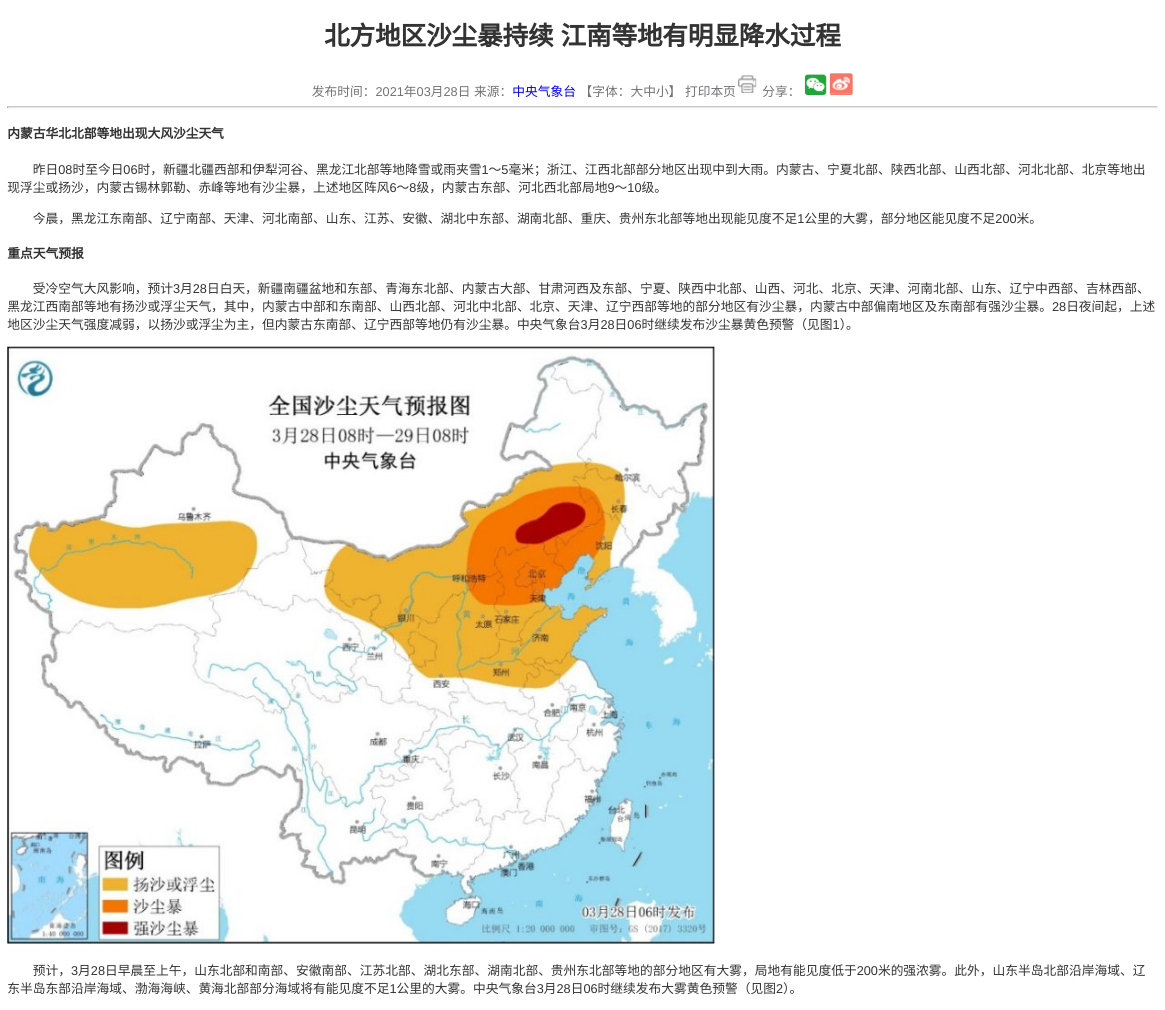
Repository: zhengdeya/web-based
Page: 16-新闻页面/index.html
The author's editor kept a copy of each file at every save. The page is drawn from the files as they stood at one save, then again after the next save.
The browser window is 1280 px wide. The pictures show the whole page, at 91% of full size.

Above is the page before, as saved 2021-03-28 16:27:58.

### 16-新闻页面/index.html
<!DOCTYPE html>
<html lang="zh-CN">
<head>
    <meta charset="UTF-8">
    <meta http-equiv="X-UA-Compatible" content="IE=edge">
    <meta name="viewport" content="width=device-width, initial-scale=1.0">
    <title>天气新闻</title>
    <link rel="stylesheet" href="style.css">
</head>
<body>
    <h1>北方地区沙尘暴持续 江南等地有明显降水过程</h1>
    <div class="zhushi">
        发布时间：2021年03月28日
        来源：<a target="_blank" href="http://www.cma.gov.cn/2011xwzx/2011xqxxw/2011xzytq/202103/t20210328_574327.html">中央气象台</a>
        【字体：大中小】
        打印本页<img class="smallimg" src="imgs/2021-03-28_155244.png" alt="">
        分享：
        <img class="smallimg" src="imgs/2021-03-28_155416.png" alt="">
        <img class="smallimg" src="imgs/2021-03-28_155359.png" alt="">
    </div>
    <!-- 水平线 -->
    <hr>
    <div>
        <h4>内蒙古华北北部等地出现大风沙尘天气</h4>
        <p>昨日08时至今日06时，新疆北疆西部和伊犁河谷、黑龙江北部等地降雪或雨夹雪1～5毫米；浙江、江西北部部分地区出现中到大雨。内蒙古、宁夏北部、陕西北部、山西北部、河北北部、北京等地出现浮尘或扬沙，内蒙古锡林郭勒、赤峰等地有沙尘暴，上述地区阵风6～8级，内蒙古东部、河北西北部局地9～10级。</p>
        <p>今晨，黑龙江东南部、辽宁南部、天津、河北南部、山东、江苏、安徽、湖北中东部、湖南北部、重庆、贵州东北部等地出现能见度不足1公里的大雾，部分地区能见度不足200米。</p>
    </div>
    <div>
        <h4>重点天气预报</h4>
        <p>受冷空气大风影响，预计3月28日白天，新疆南疆盆地和东部、青海东北部、内蒙古大部、甘肃河西及东部、宁夏、陕西中北部、山西、河北、北京、天津、河南北部、山东、辽宁中西部、吉林西部、黑龙江西南部等地有扬沙或浮尘天气，其中，内蒙古中部和东南部、山西北部、河北中北部、北京、天津、辽宁西部等地的部分地区有沙尘暴，内蒙古中部偏南地区及东南部有强沙尘暴。28日夜间起，上述地区沙尘天气强度减弱，以扬沙或浮尘为主，但内蒙古东南部、辽宁西部等地仍有沙尘暴。中央气象台3月28日06时继续发布沙尘暴黄色预警（见图1）。</p>
        <div class="imgbox">
            <img src="imgs/W020210328272042038223.jpg" alt="">
        </div>
        <p>预计，3月28日早晨至上午，山东北部和南部、安徽南部、江苏北部、湖北东部、湖南北部、贵州东北部等地的部分地区有大雾，局地有能见度低于200米的强浓雾。此外，山东半岛北部沿岸海域、辽东半岛东部沿岸海域、渤海海峡、黄海北部部分海域将有能见度不足1公里的大雾。中央气象台3月28日06时继续发布大雾黄色预警（见图2）。</p>
    </div>
</body>
</html>

### 16-新闻页面/style.css
body {
    /* 设置字体 */
    font-family: "Microsoft YaHei",微软雅黑,"MicrosoftJhengHei","Helvetica Neue",Helvetica,Arial,sans-serif;
    font-size: 14px;
    line-height: 1.42857143;
    color: #333;
    background-color: #fff;
}
h1 {
    /* 居中 */
    text-align: center;
    font-size: 2em;
    line-height: 150%;
    /* 加粗 */
    font-weight: bold;

}
.zhushi {
    color: #737377;
    text-align: center;
}

a {
    /* 取消下划线 */
    text-decoration: none;
}
.smallimg {
    width: 25px;
    height: 25px;
}
p {
    text-indent: 2em;
}

After the next save:
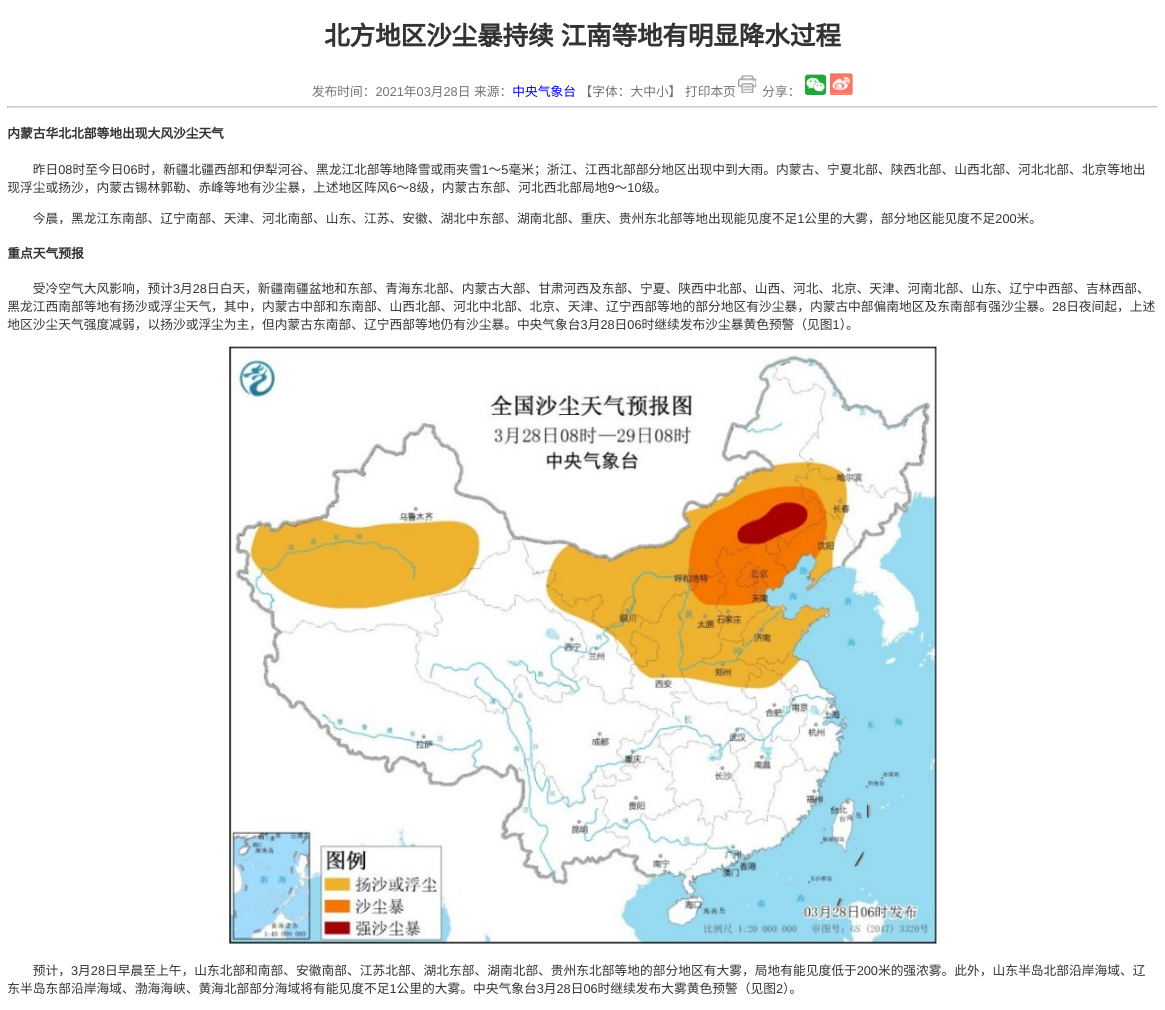
Saved 19 s later.
--- a/16-新闻页面/style.css
+++ b/16-新闻页面/style.css
@@ -31,3 +31,6 @@ a {
 p {
     text-indent: 2em;
 }
+.imgbox {
+    text-align: center;
+}
